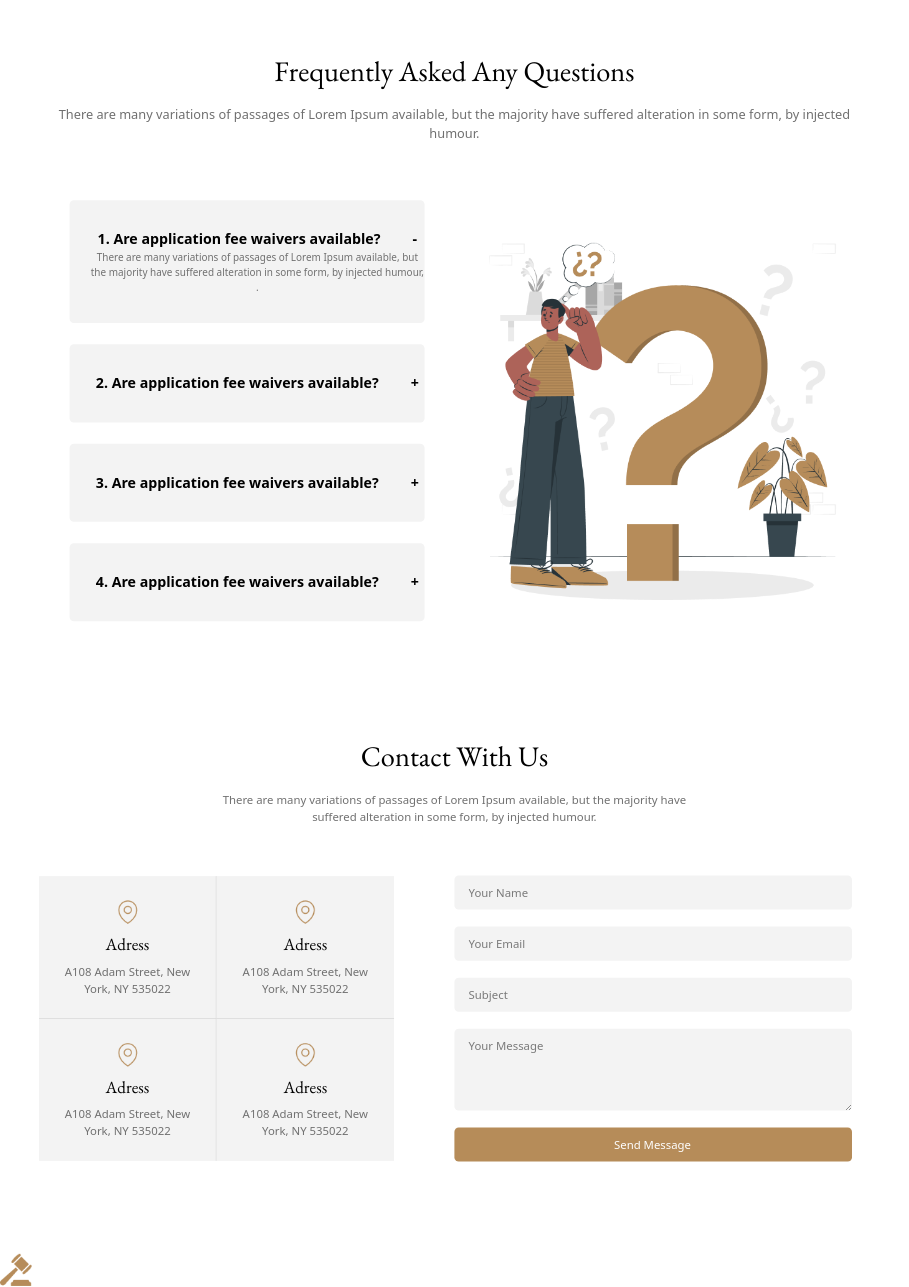
Repository: nahid-hasann/website-6
Page: index.html
An editor plug-in stored every save of this project. The page is shown before and after the next save, followed by the edit.
The browser window is 1280 px wide. The pictures show the whole page, at 71% of full size.

Above is the page before, as saved 2025-07-22 23:08:58.

After the next save:
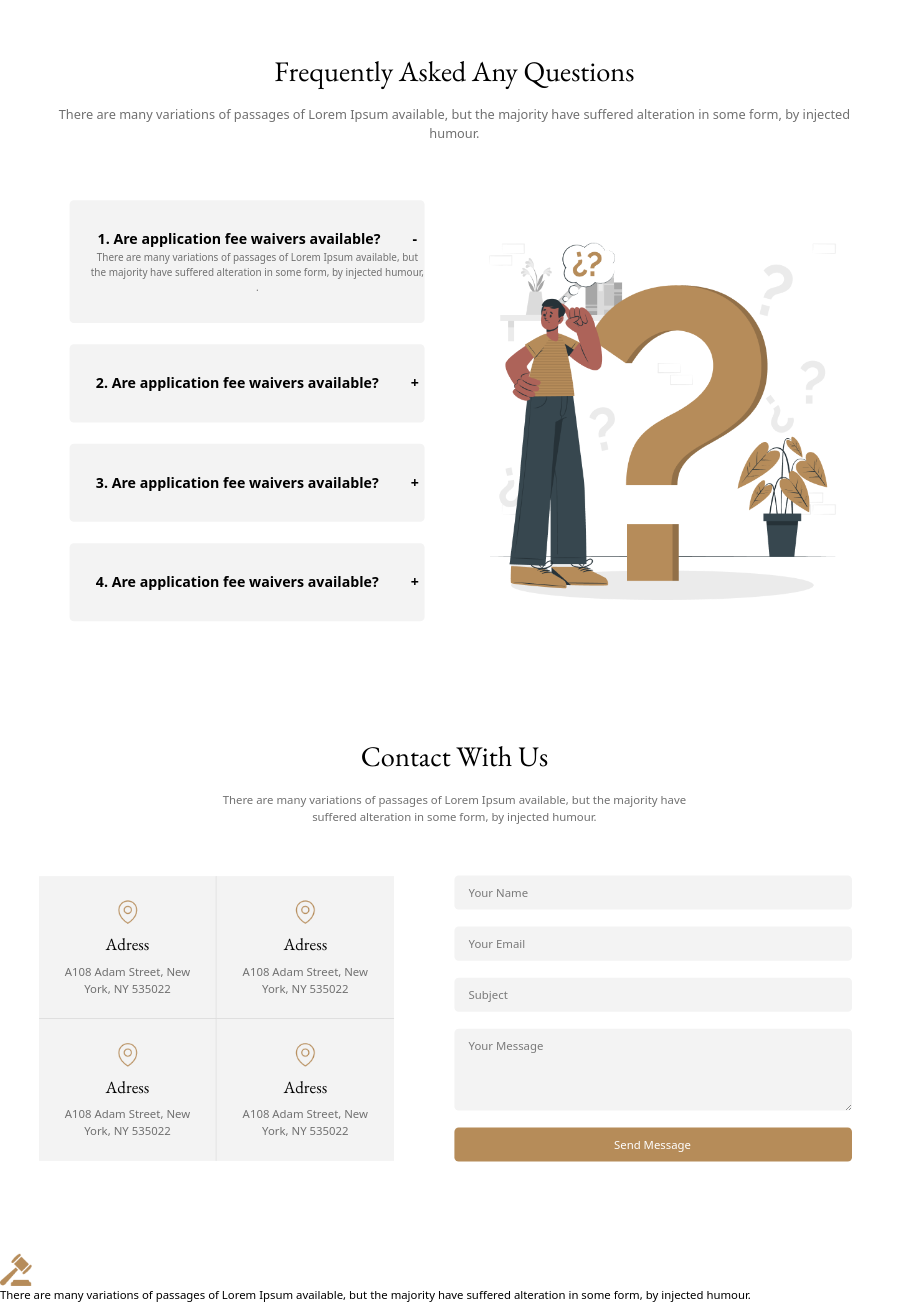
Saved 18 s later.
--- a/index.html
+++ b/index.html
@@ -171,7 +171,7 @@
       <div class="footer-div">
           <div>
             <img src="images/logo.png" alt="">
-            <p></p>
+            <p>There are many variations of passages of Lorem Ipsum available, but the majority have suffered alteration in some form, by injected humour.</p>
           </div>
       </div>
 
